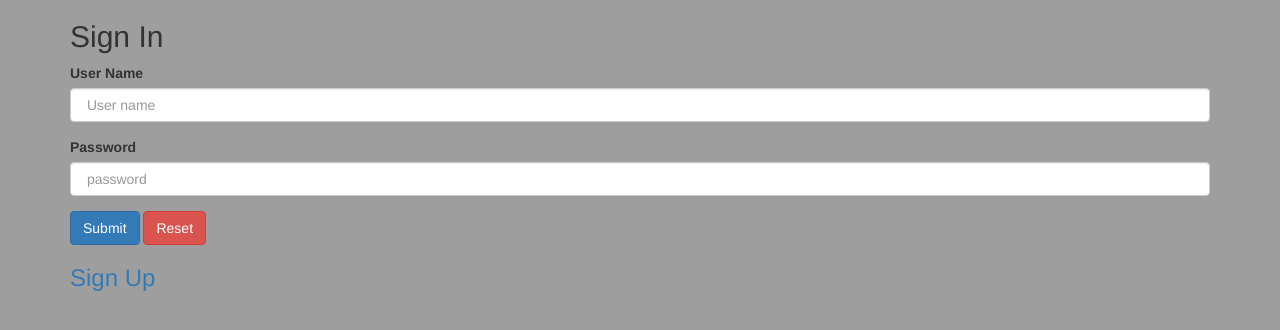
Repository: AravindMarshall/ShoppingCart
Page: http://localhost/Phineas/Login.jsp
The author's editor kept a copy of each file at every save. The page is drawn from the files as they stood at one save, then again after the next save.
The browser window is 1280 px wide. The pictures show the whole page.
The page is served by Tomcat 9. Other server files are loaded and not shown.

Above is the page before, as saved 2016-06-13 11:18:42.

### NIIT Shopping Cart/Phineas/WebContent/Login.jsp
<%@ page language="java" contentType="text/html; charset=ISO-8859-1"
    pageEncoding="ISO-8859-1"%>
<html>
<head>
<meta http-equiv="Content-Type" content="text/html; charset=ISO-8859-1">
<meta name="viewport" content="width=device-width, initial-scale=1">
  <link rel="stylesheet" href="http://maxcdn.bootstrapcdn.com/bootstrap/3.3.6/css/bootstrap.min.css">
  <script src="https://ajax.googleapis.com/ajax/libs/jquery/1.12.2/jquery.min.js"></script>
  <script src="http://maxcdn.bootstrapcdn.com/bootstrap/3.3.6/js/bootstrap.min.js"></script>

<title>Phineas Login</title>
</head>
<body>

<form action="LoginServlet" method ="post">


<div class="container">
  <body background="F:\Sample Car pictures\Car1.jpg">
      </div>

<div class= "Login">
<div class="container">
  <h2>Sign In </h2>
  <form role="form">
  <div class="form-group">
  <label for ="Name">User Name </label>
	<input type = "text" class="form-control" name = "userId" placeholder=" User name "></div>
	<div class="form-group">
	<label for ="Pass">Password</label>
	<input type = "password" class="form-control" name = "password" placeholder=" password "></div>
<button type="submit" class="btn btn-primary">Submit</button>
<button type="Reset" class="btn btn-danger">Reset</button><br>
<a href = "Register.jsp"><h3>Sign Up</h3></a>
</form>
</div>
</div>
</form>

</body>
</html>

After the next save:
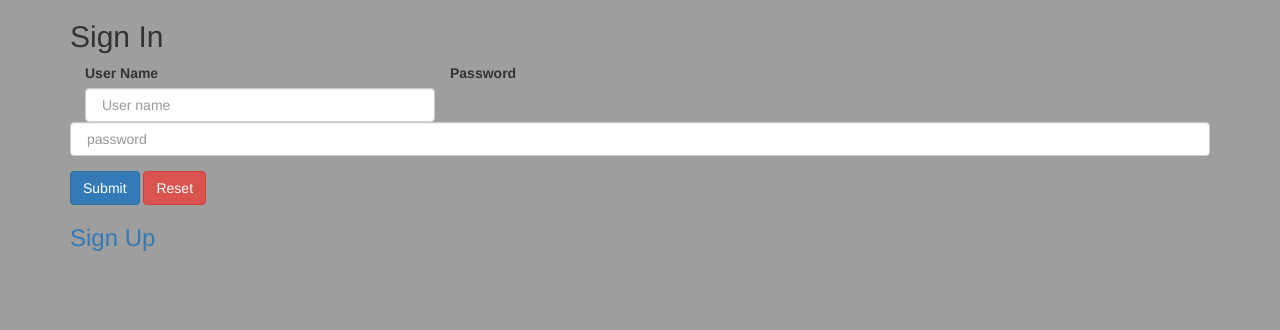
Saved 99 s later.
--- a/NIIT Shopping Cart/Phineas/WebContent/Login.jsp
+++ b/NIIT Shopping Cart/Phineas/WebContent/Login.jsp
@@ -24,11 +24,12 @@
   <h2>Sign In </h2>
   <form role="form">
   <div class="form-group">
+  <div class ="col-sm-4">
   <label for ="Name">User Name </label>
 	<input type = "text" class="form-control" name = "userId" placeholder=" User name "></div>
 	<div class="form-group">
 	<label for ="Pass">Password</label>
-	<input type = "password" class="form-control" name = "password" placeholder=" password "></div>
+	<input type = "password" class="form-control" name = "password" placeholder=" password "></div></div>
 <button type="submit" class="btn btn-primary">Submit</button>
 <button type="Reset" class="btn btn-danger">Reset</button><br>
 <a href = "Register.jsp"><h3>Sign Up</h3></a>
